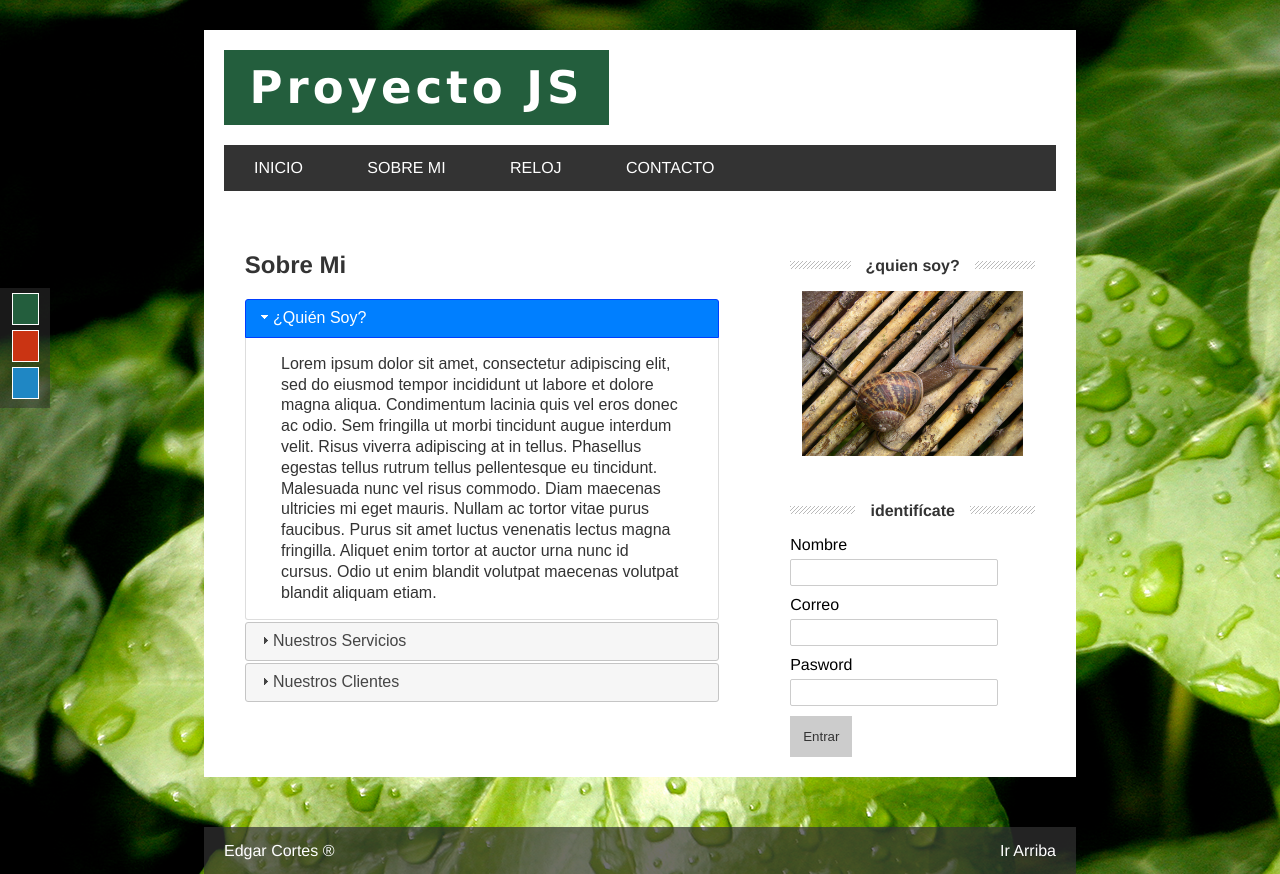
Repository: eucortes/demopage
Page: javascript/Proyecto/Reloj.html
An editor plug-in stored every save of this project. The page is shown before and after the next save, followed by the edit.
The browser window is 1280 px wide. The pictures show the whole page.
Backgrounds fixed to the window are drawn as part of the page. Some web libraries are served in a nearby version.

Above is the page before, as saved 2019-09-24 18:49:06.

After the next save:
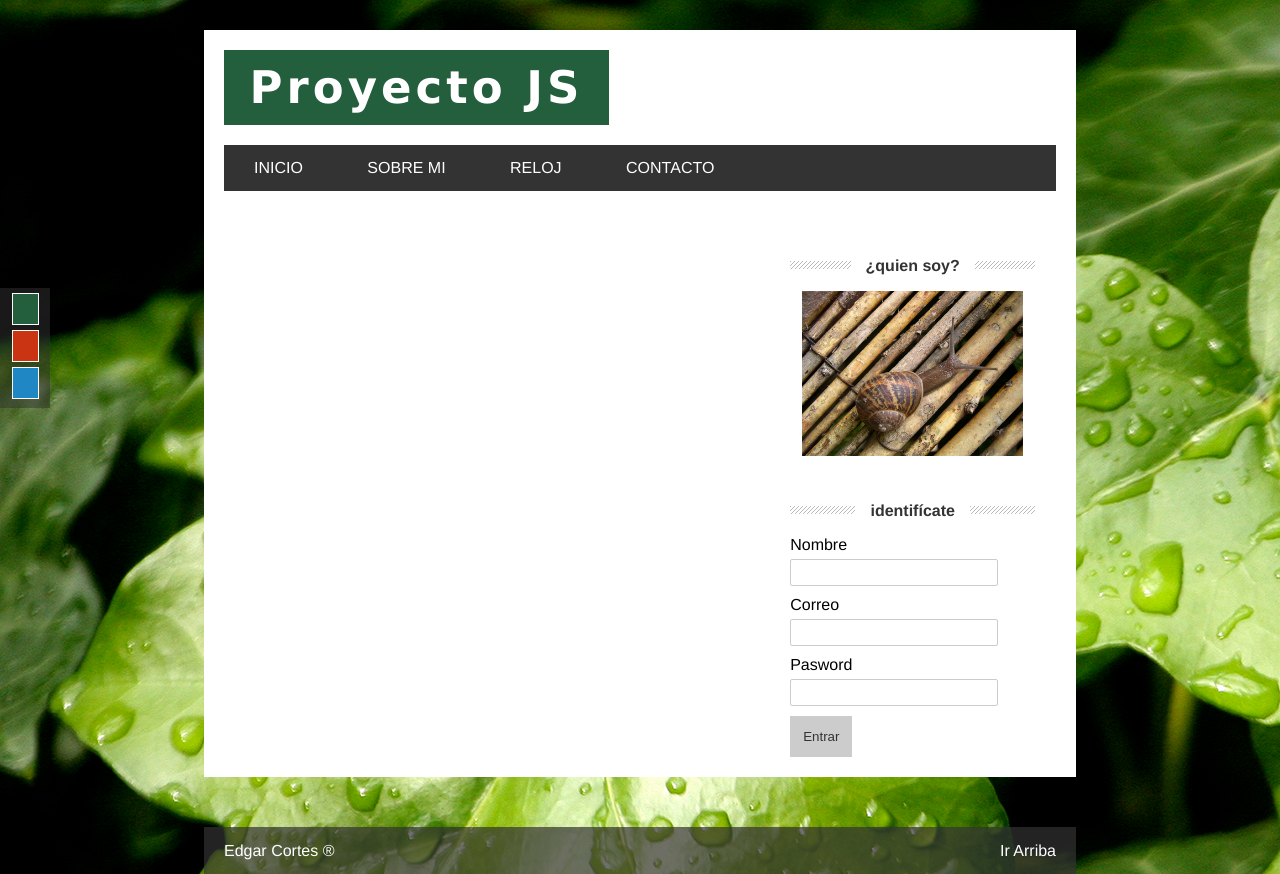
Saved 6 s later.
--- a/javascript/Proyecto/Reloj.html
+++ b/javascript/Proyecto/Reloj.html
@@ -48,7 +48,7 @@
                 <ul>
                     <li><a href="index.html">Inicio</a></li>
                     <li><a href="about.html">Sobre Mi</a></li>
-                    <li><a href="#">Reloj</a></li>
+                    <li><a href="reloj.html">Reloj</a></li>
                     <li><a href="#">Contacto</a></li>
                 </ul>
             </nav>
@@ -59,60 +59,8 @@
 
         <section id='content'>
             <div id='box'>
-                <!--Cargar acordeon-->
-                <h2>Sobre Mi</h2>
-                <div id='acordeon'>
-                    <h3>¿Quién Soy?</h3>
-                    <div>
-                        <p>
-                            Lorem ipsum dolor sit amet, consectetur adipiscing elit, sed do eiusmod tempor incididunt ut
-                            labore et dolore magna
-                            aliqua. Condimentum lacinia quis vel eros donec ac odio. Sem fringilla ut morbi tincidunt
-                            augue interdum velit. Risus
-                            viverra adipiscing at in tellus. Phasellus egestas tellus rutrum tellus pellentesque eu
-                            tincidunt. Malesuada nunc vel
-                            risus commodo. Diam maecenas ultricies mi eget mauris. Nullam ac tortor vitae purus
-                            faucibus. Purus sit amet luctus
-                            venenatis lectus magna fringilla. Aliquet enim tortor at auctor urna nunc id cursus. Odio ut
-                            enim blandit volutpat
-                            maecenas volutpat blandit aliquam etiam.
-                        </p>
-                    </div>
-                    <h3>Nuestros Servicios</h3>
-                    <div>
-                        <p>
-                            Lorem ipsum dolor sit amet, consectetur adipiscing elit, sed do eiusmod tempor incididunt ut
-                            labore et dolore magna
-                            aliqua. Condimentum lacinia quis vel eros donec ac odio. Sem fringilla ut morbi tincidunt
-                            augue interdum velit. Risus
-                            viverra adipiscing at in tellus. Phasellus egestas tellus rutrum tellus pellentesque eu
-                            tincidunt. Malesuada nunc vel
-                            risus commodo. Diam maecenas ultricies mi eget mauris. Nullam ac tortor vitae purus
-                            faucibus. Purus sit amet luctus
-                            venenatis lectus magna fringilla. Aliquet enim tortor at auctor urna nunc id cursus. Odio ut
-                            enim blandit volutpat
-                            maecenas volutpat blandit aliquam etiam.
-                        </p>
-                    </div>
-                    <h3>Nuestros Clientes</h3>
-                    <div>
-                        <p>
-                            Lorem ipsum dolor sit amet, consectetur adipiscing elit, sed do eiusmod tempor incididunt ut
-                            labore et dolore magna
-                            aliqua. Condimentum lacinia quis vel eros donec ac odio. Sem fringilla ut morbi tincidunt
-                            augue interdum velit. Risus
-                            viverra adipiscing at in tellus. Phasellus egestas tellus rutrum tellus pellentesque eu
-                            tincidunt. Malesuada nunc vel
-                            risus commodo. Diam maecenas ultricies mi eget mauris. Nullam ac tortor vitae purus
-                            faucibus. Purus sit amet luctus
-                            venenatis lectus magna fringilla. Aliquet enim tortor at auctor urna nunc id cursus. Odio ut
-                            enim blandit volutpat
-                            maecenas volutpat blandit aliquam etiam.
-                        </p>
-                    </div>
+                <!--Cargar Reloj-->
 
-
-                </div>
             </div>
             <aside id='sidebar'>
                 <div id='about'>
